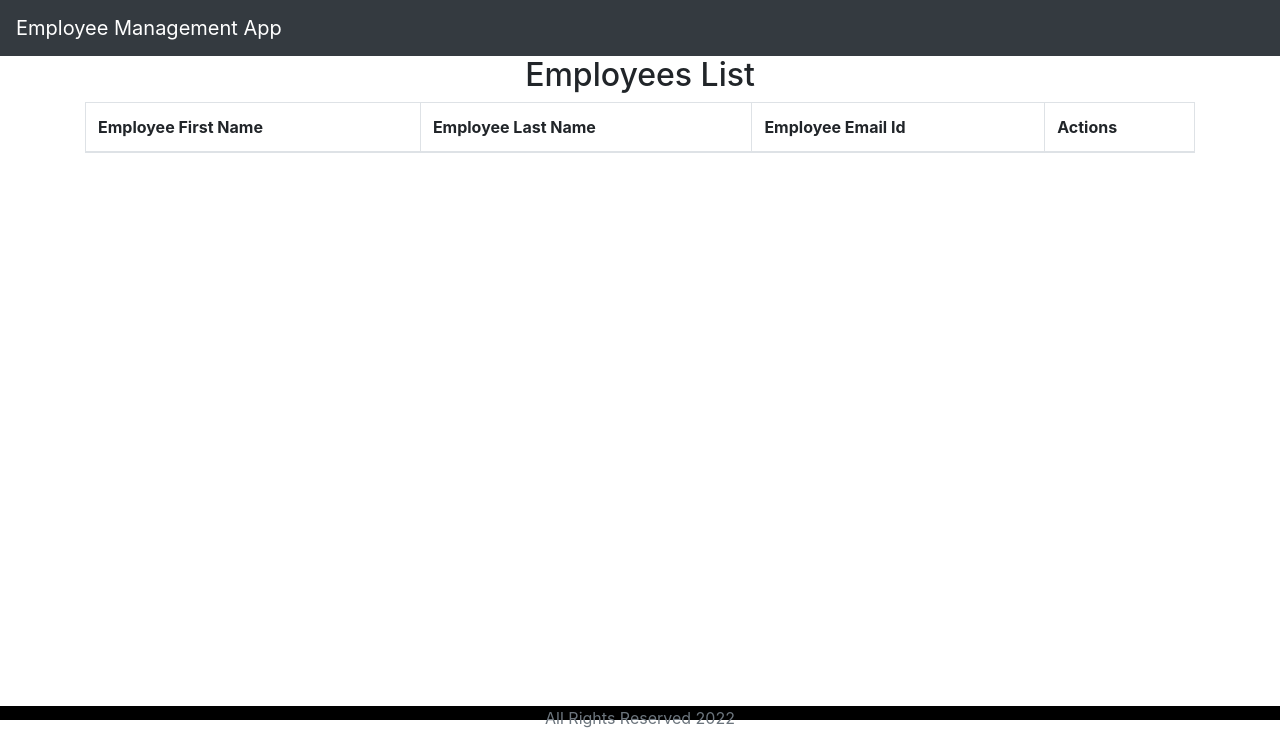
Repository: cavidk/react-springboot-crud-app-front
Page: / (app in react-fontend/)
An editor plug-in stored every save of this project. The page is shown before and after the next save, followed by the edit.
The browser window is 1280 px wide. The pictures show the whole page.
The page's requests for data from a server got no answer. The project was rebuilt for these pictures with package versions that can differ from the ones it lists, and the page was loaded fresh each time. No one was signed in, and anything a server would have sent is missing.

Above is the page before, as saved 2022-09-18 12:46:45.

After the next save:
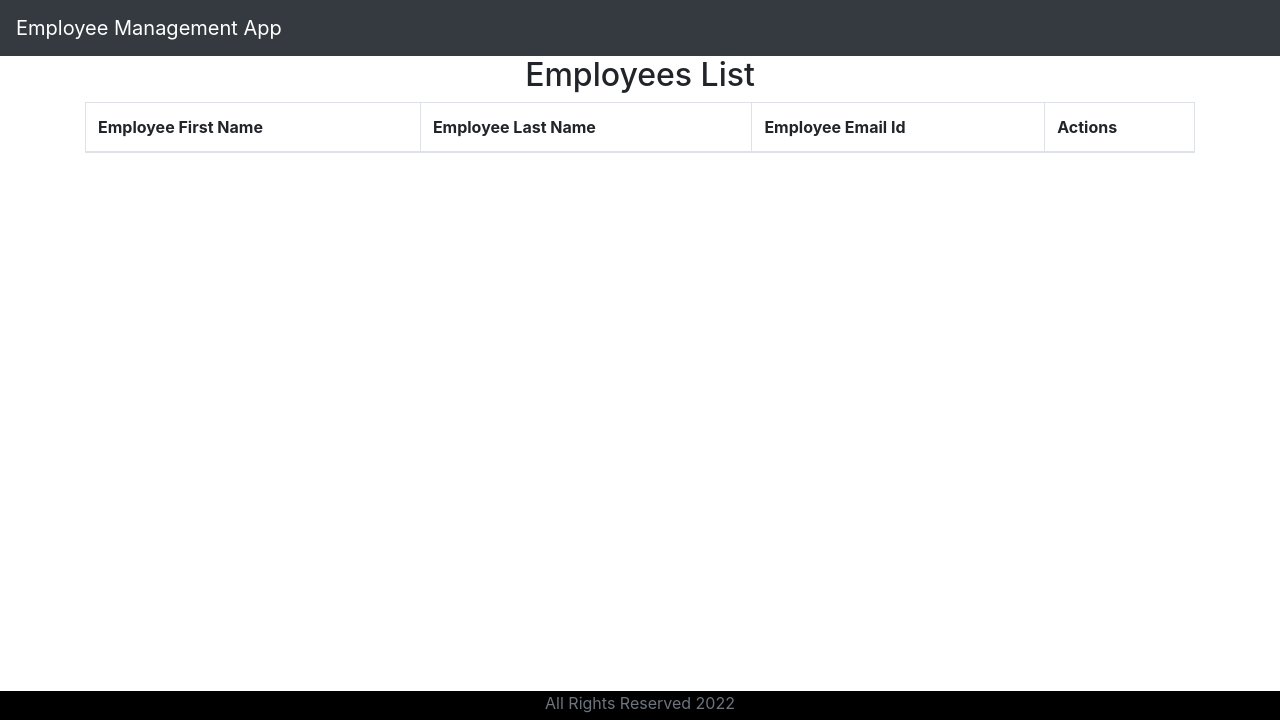
Saved 12 s later.
--- a/react-fontend/src/App.css
+++ b/react-fontend/src/App.css
@@ -41,7 +41,7 @@
 position: absolute;
 bottom: 0%;
 width: 100%;
-height: 2%;
+height: 4%;
 background-color: black;
 text-align: center;
 color: white;
--- a/react-fontend/src/components/FooterComponent.jsx
+++ b/react-fontend/src/components/FooterComponent.jsx
@@ -7,7 +7,6 @@ export default class FooterComponent extends Component {
          <footer className= "footer">
 
           <span className='text-muted'>All Rights Reserved 2022</span>
-
          </footer>
       </div>
     )
